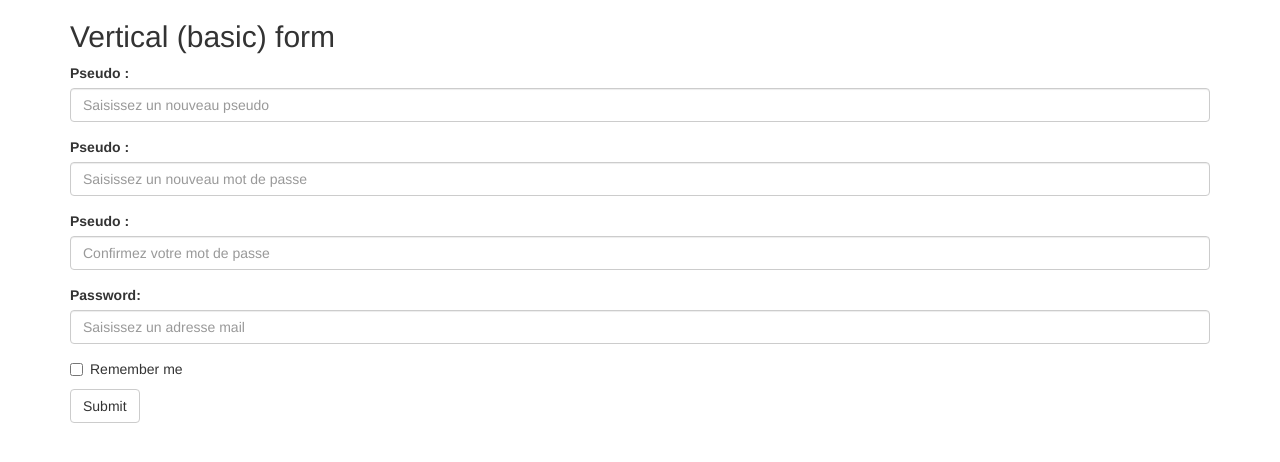
Repository: lemzoo/formation_Java8
Page: EspaceMembre/srcHTML/formulaireInscriptionBasique.html
The author's editor kept a copy of each file at every save. The page is drawn from the files as they stood at one save, then again after the next save.
The browser window is 1280 px wide. The pictures show the whole page.

Above is the page before, as saved 2016-06-10 10:42:11.

### EspaceMembre/srcHTML/formulaireInscriptionBasique.html
<!DOCTYPE html>
<html lang="en">
<head>
  <title>Formulaire Inscription</title>
  <meta charset="utf-8">
  <meta name="viewport" content="width=device-width, initial-scale=1">
  <link rel="stylesheet" href="http://maxcdn.bootstrapcdn.com/bootstrap/3.3.6/css/bootstrap.min.css">
  <script src="https://ajax.googleapis.com/ajax/libs/jquery/1.12.2/jquery.min.js"></script>
  <script src="http://maxcdn.bootstrapcdn.com/bootstrap/3.3.6/js/bootstrap.min.js"></script>
</head>
<body>

<div class="container">
  <h2>Vertical (basic) form</h2>
  <form role="form" method="POST" action="../srcPHP/ajouterMembre.php">
    <div class="form-group">
      <label for="pseudoSaisi">Pseudo :</label>
      <input type="pseudo" class="form-control" name="pseudoSaisi" placeholder="Saisissez un nouveau pseudo">
    </div>

    <div class="form-group">
      <label for="passwordSaisi1">Pseudo :</label>
      <input type="password" class="form-control" name="passwordSaisi1" placeholder="Saisissez un nouveau mot de passe">
    </div>

    <div class="form-group">
      <label for="passwordSaisi2">Pseudo :</label>
      <input type="password" class="form-control" name="passwordSaisi2" placeholder="Confirmez votre mot de passe">
    </div>

    <div class="form-group">
      <label for="emailSaisi">Password:</label>
      <input type="password" class="form-control" name="emailSaisi" placeholder="Saisissez un adresse mail">
    </div>
    <div class="checkbox">
      <label><input type="checkbox"> Remember me</label>
    </div>
    <button type="submit" class="btn btn-default">Submit</button>
  </form>
</div>

</body>
</html>

After the next save:
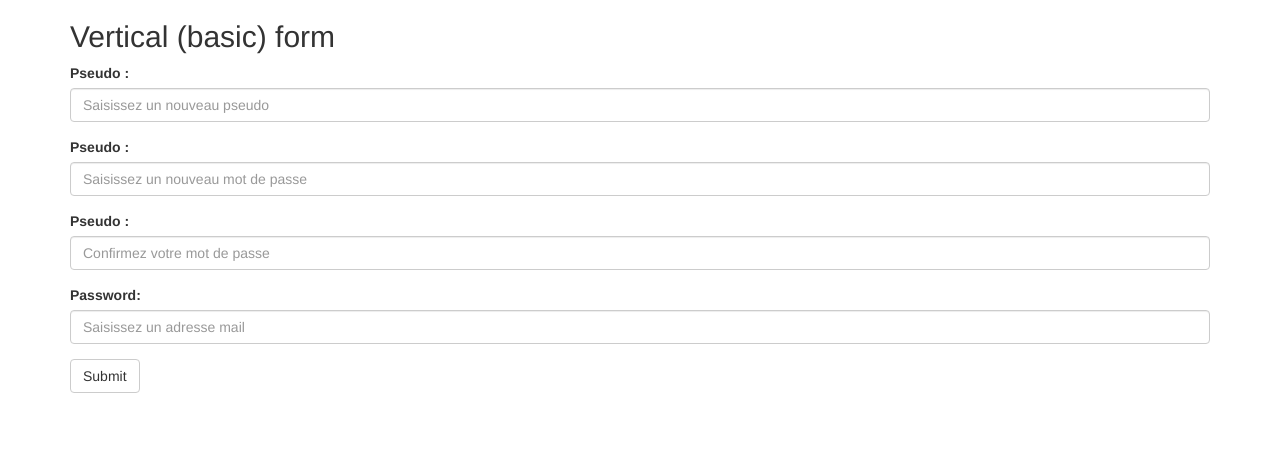
Saved 15 s later.
--- a/EspaceMembre/srcHTML/formulaireInscriptionBasique.html
+++ b/EspaceMembre/srcHTML/formulaireInscriptionBasique.html
@@ -30,11 +30,9 @@
 
     <div class="form-group">
       <label for="emailSaisi">Password:</label>
-      <input type="password" class="form-control" name="emailSaisi" placeholder="Saisissez un adresse mail">
+      <input type="email" class="form-control" name="emailSaisi" placeholder="Saisissez un adresse mail">
     </div>
-    <div class="checkbox">
-      <label><input type="checkbox"> Remember me</label>
-    </div>
+
     <button type="submit" class="btn btn-default">Submit</button>
   </form>
 </div>
